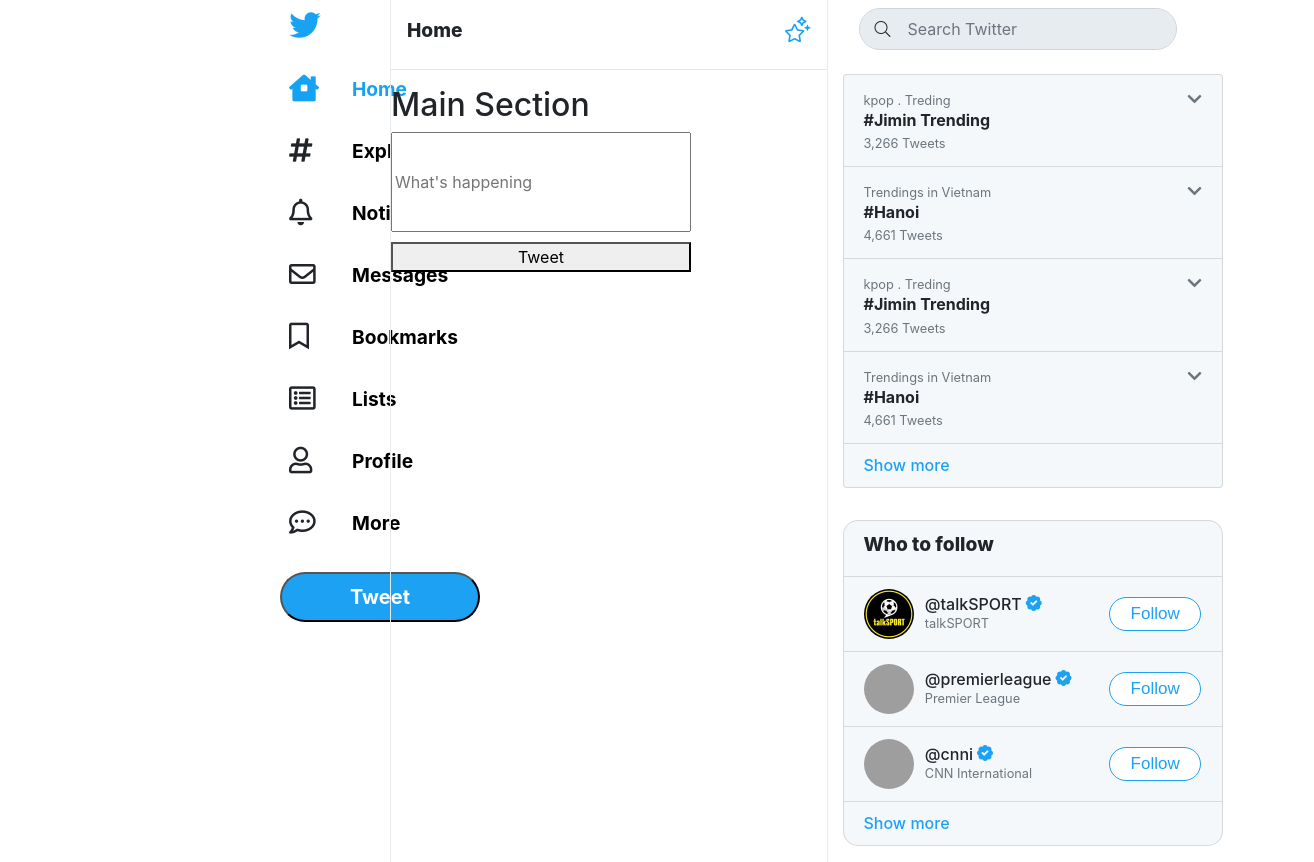
Repository: tts2610/Twitter-clone
Page: index.html
An editor plug-in stored every save of this project. The page is shown before and after the next save, followed by the edit.
The browser window is 1280 px wide. The page is 1280 px wide, then 1314 px, so the pictures cover 1314 px, including what lies to the right of the window. The pictures show the whole page.
Pictures or frames that could not be fetched are drawn as grey boxes.

Above is the page before, as saved 2020-05-23 15:25:47.

### index.html
<!DOCTYPE html>
<html lang="en">

<head>
    <meta charset="UTF-8">
    <!-- <meta name="viewport" content="width=device-width, initial-scale=1.0"> -->
    <title>Document</title>
    <link rel="stylesheet" href="css/style.css">
    <!-- Latest compiled and minified CSS -->
    <link rel="stylesheet" href="https://maxcdn.bootstrapcdn.com/bootstrap/4.5.0/css/bootstrap.min.css">

    <!-- jQuery library -->
    <script src="https://ajax.googleapis.com/ajax/libs/jquery/3.5.1/jquery.min.js"></script>

    <!-- Popper JS -->
    <script src="https://cdnjs.cloudflare.com/ajax/libs/popper.js/1.16.0/umd/popper.min.js"></script>

    <!-- Latest compiled JavaScript -->
    <script src="https://maxcdn.bootstrapcdn.com/bootstrap/4.5.0/js/bootstrap.min.js"></script>

    <!-- <link rel="stylesheet" crossorigin="anonymous" href="https://use.fontawesome.com/releases/v5.6.3/css/all.css" integrity="sha384-UHRtZLI+pbxtHCWp1t77Bi1L4ZtiqrqD80Kn4Z8NTSRyMA2Fd33n5dQ8lWUE00s/" /> -->
    <link rel="stylesheet" href="css/all.css">

</head>


<body>
    <div class="container">
        <div class="row">
            <div class="col-2">
                <div class="row">
                    <div class="col"><img src="/img/twt-logo1.png" alt="twitter-logo" width="50" height="50"></div>
                </div>
                <div class="row my-3">
                    <div id="outerMenuContainer" style="color: #16a2f2;">
                        <div class="col-2 mr-4 py-2 px-4" style="font-size: 20px;"><i class="fas fa-house fa-lg"></i></div>
                        <div class="col-10 py-2" style="margin-right: 0px;padding-right: 0px;font-weight: 700;font-size: larger;"> <a href="#Home" style="color: #16a2f2;">Home</a></div>
                    </div>

                </div>
                <div class="row my-3">
                    <div id="outerMenuContainer">
                        <div class="col-2 mr-4 py-2 px-4" style="font-size: 20px;"><i class="fas fa-hashtag fa-lg"></i></div>
                        <div class="col-10" style="margin-right: 0px;padding-right: 0px;font-weight: 700;font-size: larger;"><a href="#services">Explore</a></div>

                    </div>
                </div>
                <div class="row my-3">
                    <div id="outerMenuContainer">
                        <div class="col-2 mr-4 py-2 px-4" style="font-size: 20px;"><i class="far fa-bell fa-lg"></i></div>
                        <div class="col-10" style="margin-right: 0px;padding-right: 0px;font-weight: 700;font-size: larger;"><a href="#clients">Notifications</a></div>

                    </div>
                </div>
                <div class="row my-3">
                    <div id="outerMenuContainer">
                        <div class="col-2 mr-4 py-2 px-4" style="font-size: 20px;"><i class="far fa-envelope fa-lg"></i></div>
                        <div class="col-10" style="margin-right: 0px;padding-right: 0px;font-weight: 700;font-size: larger;"><a href="#contact">Messages</a></div>
                    </div>
                </div>
                <div class="row my-3">
                    <div id="outerMenuContainer">
                        <div class="col-2 mr-4 py-2 px-4" style="font-size: 20px;"><i class="far fa-bookmark fa-lg"></i></div>
                        <div class="col-10" style="margin-right: 0px;padding-right: 0px;font-weight: 700;font-size: larger;"><a href="#clients">Bookmarks</a></div>
                    </div>
                </div>
                <div class="row my-3">
                    <div id="outerMenuContainer">
                        <div class="col-2 mr-4 py-2 px-4" style="font-size: 20px;"><i class="far fa-list-alt fa-lg"></i></div>
                        <div class="col-10" style="margin-right: 0px;padding-right: 0px;font-weight: 700;font-size: larger;"><a href="#contact">Lists</a></div>
                    </div>
                </div>
                <div class="row my-3">
                    <div id="outerMenuContainer">
                        <div class="col-2 mr-4 py-2 px-4" style="font-size: 20px;"><i class="far fa-user fa-lg"></i></div>
                        <div class="col-10" style="margin-right: 0px;padding-right: 0px;font-weight: 700;font-size: larger;"><a href="#clients">Profile</a></div>
                    </div>
                </div>
                <div class="row my-3">
                    <div id="outerMenuContainer">
                        <div class="col-2 mr-4 py-2 px-4" style="font-size: 20px;"><i class="far fa-comment-dots fa-lg"></i></div>
                        <div class="col-10" style="margin-right: 0px;padding-right: 0px;font-weight: 700;font-size: larger;"><a href="#contact">More</a></div>
                    </div>
                </div>
                <div class="row my-3">
                    <div class="col"><button class="tweetbtn" href="#">Tweet</button></div>
                </div>
            </div>

            <div class="col-7" style="border-right: #e6ecf0 solid 1px; border-left: #e6ecf0 solid 1px; padding-left: 0px; padding-right: 0px;">
                <nav class="navbar sticky-top navbar-light my-2" id="leftNav">
                    <span>Home</span>
                    <span style="color: #16a2f2;"><i class="fal fa-stars fa-lg"></i></span>
                </nav>
                <hr/>
                <div>
                    <h2>Main Section</h2>
                    <input type="text" id="tweetArea" placeholder="What's happening">
                    <button id="tweetBtn" onclick="post()">Tweet</button>
                    <span id="remain"></span>
                    <div id="content" class="mt-5">
                    </div>



                </div>
            </div>

            <div class="col-3">
                <nav class="navbar sticky-top navbar-light" id="rightNav">
                    <span style="position: absolute;z-index: 100;"><i class="fal fa-search ml-3"></i></span>
                    <div><input class="form-control mr-sm-2 pl-5" type="search" placeholder="Search Twitter" aria-label="Search" id="search"></div>
                </nav>
                <div id="trendings" class="py-3">
                    <ul class="list-group mb-3">
                        <!-- <li class="list-group-item d-flex justify-content-between lh-condensed header" style="border-radius: 15px 15px 0px 0px;" id="trendingHeader">
                            <div>
                                <div class="trends-header">Trends for you</div>
                            </div>
                            <span class="text-muted"><i class="fal fa-cog" style="COLOR: rgba(29,161,242,1.00); font-size: larger;"></i></span>
                        </li> -->
                        <li class="list-group-item d-flex justify-content-between lh-condensed content" id="trending1">
                            <div>
                                <small class="text-muted">Trendings in Vietnam</small>
                                <h6 class="my-0 hashtag">#Hanoi</h6>
                                <small class="text-muted">4,661 Tweets</small>
                            </div>
                            <span class="text-muted"><i class="fas fa-chevron-down"></i></span>
                        </li>
                        <li class="list-group-item d-flex justify-content-between lh-condensed content" id="trending2">
                            <div>
                                <small class="text-muted">kpop . Treding</small>
                                <h6 class="my-0 hashtag">#Jimin Trending</h6>
                                <small class="text-muted">3,266 Tweets</small>
                            </div>
                            <span class="text-muted"><i class="fas fa-chevron-down"></i></span>
                        </li>
                        <li class="list-group-item d-flex justify-content-between lh-condensed content" id="trending3">
                            <div>
                                <small class="text-muted">Trendings in Vietnam</small>
                                <h6 class="my-0 hashtag">#Hanoi</h6>
                                <small class="text-muted">4,661 Tweets</small>
                            </div>
                            <span class="text-muted"><i class="fas fa-chevron-down"></i></span>
                        </li>
                        <li class="list-group-item d-flex justify-content-between lh-condensed content" id="trending4">
                            <div>
                                <small class="text-muted">kpop . Treding</small>
                                <h6 class="my-0 hashtag">#Jimin Trending</h6>
                                <small class="text-muted">3,266 Tweets</small>
                            </div>
                            <span class="text-muted"><i class="fas fa-chevron-down"></i></span>
                        </li>
                        <li class="list-group-item d-flex justify-content-between lh-condensed content" style="border-radius: 0px 0px 15px 15px">
                            <div>
                                <h6 class="my-0"><a href="#" style="COLOR: rgba(29,161,242,1.00); text-decoration: none;">Show more</a></h6>
                            </div>
                        </li>
                    </ul>
                </div>

                <div id="whoToFollow" class="">
                    <ul class="list-group mb-3">
                        <li class="list-group-item d-flex justify-content-between lh-condensed" style="border-radius: 15px 15px 0px 0px;">
                            <div>
                                <h5 class="whoToFollow-header">Who to follow</h5>
                            </div>
                        </li>
                        <li class="list-group-item content">
                            <div class="row">
                                <div class="col-2">
                                    <img src="img/profileImages/talkSport.jpg" id="moreToFollowImg" alt="Avatar">
                                </div>
                                <div class="col-6">
                                    <div style="display: flex;">
                                        <h6 class="my-0 hashtag">@talkSPORT</h6>
                                        <i class="ml-1 fas fa-badge-check"></i>
                                    </div>

                                    <small class="text-muted">talkSPORT</small>

                                </div>
                                <div class="col-4">
                                    <a href="#" class="followBtn">Follow</a>
                                </div>
                            </div>
                        </li>
                        <li class="list-group-item content">
                            <div class="row">
                                <div class="col-2">
                                    <img src="https://d3pc1xvrcw35tl.cloudfront.net/ln/feedImages/643x481/bwpUoL-J_400x400_ckOpi7f_4RVQqqi_ZPjpFJN_cnPYP1e_202004.jpg" id="moreToFollowImg" alt="Avatar">
                                </div>
                                <div class="col-6">
                                    <div style="display: flex;">
                                        <h6 class="my-0 hashtag">@premierleague</h6>
                                        <i class="ml-1 fas fa-badge-check"></i>
                                    </div>

                                    <small class="text-muted">Premier League</small>

                                </div>
                                <div class="col-4">
                                    <a href="#" class="followBtn">Follow</a>
                                </div>
                            </div>
                        </li>
                        <li class="list-group-item content">
                            <div class="row">
                                <div class="col-2">
                                    <img src="https://upload.wikimedia.org/wikipedia/commons/thumb/6/66/CNN_International_logo.svg/1200px-CNN_International_logo.svg.png" id="moreToFollowImg" alt="Avatar">
                                </div>
                                <div class="col-6">
                                    <div style="display: flex;">
                                        <h6 class="my-0 hashtag">@cnni</h6>
                                        <i class="ml-1 fas fa-badge-check"></i>
                                    </div>

                                    <small class="text-muted">CNN International</small>

                                </div>
                                <div class="col-4">
                                    <a href="#" class="followBtn">Follow</a>
                                </div>
                            </div>
                        </li>
                        <li class="list-group-item d-flex justify-content-between lh-condensed content" style="border-radius: 0px 0px 15px 15px">
                            <div>
                                <h6 class="my-0"><a href="#" style="COLOR: rgba(29,161,242,1.00); text-decoration: none;">Show more</a></h6>
                            </div>
                        </li>
                    </ul>
                </div>
            </div>
        </div>

        <!-- <nav class="navbar sticky-top navbar-expand-lg navbar-light bg-light">
                <a class="navbar-brand" href="#">Navbar</a>
                <button class="navbar-toggler" type="button" data-toggle="collapse" data-target="#navbarSupportedContent" aria-controls="navbarSupportedContent" aria-expanded="false" aria-label="Toggle navigation">
                  <span class="navbar-toggler-icon"></span>
                </button>

                <div class="collapse navbar-collapse" id="navbarSupportedContent">
                    <ul class="navbar-nav mr-auto">
                    </ul>
                    <form class="form-inline my-2 my-lg-0">
                        <input class="form-control mr-sm-2" type="search" placeholder="Search" aria-label="Search">
                        <button class="btn btn-outline-success my-2 my-sm-0" type="submit">Search</button>
                    </form>
                </div>
            </nav> -->
        <!-- <div class="column2">

        </div>

        <div class="column3">

        </div> -->


        <!-- END COL-3 -->
    </div>

    <script src="js/script.js"></script>
    <script src="js/moment.js"></script>
</body>

</html>

### css/style.css
* {
    box-sizing: border-box;
}

body {
    font-family: “Helvetica Neue”, Helvetica, Arial, sans-serif;
}

body .container {
    max-width: calc(100vh);
    padding-left: 0px;
    padding-right: 0px;
}


/* .container {
    width: 60%;
} */

#leftNav {
    display: flex;
    justify-content: space-between;
    font-size: larger;
    font-weight: 800;
    background-color: white;
}

#rightNav {
    width: 100%;
    background-color: white;
}

#rightNav .input-group-prepend {
    background-color: white !important;
    color: white !important;
}

#search {
    border-radius: 30px;
    height: 10px;
    padding: 20px;
    position: relative;
    width: 318px;
    background-color: #e6ecf0;
}

.sidenav {
    height: 100%;
    position: fixed;
    z-index: 1;
    top: 0;
    left: 0;
    background-color: rgb(255, 255, 255);
    overflow-x: hidden;
    padding-top: 20px;
    border-right: 1px solid lightgrey;
}

.sidenav a {
    text-decoration: none;
    font-size: 25px;
    color: #000000;
    display: block;
    font-family: system-ui, -apple-system, BlinkMacSystemFont, "Segoe UI", Roboto, Ubuntu, "Helvetica Neue", sans-serif;
    ;
    margin: 5px;
    margin-bottom: 10px;
}

.sidenav a:hover {
    color: #16afdd;
}

.main {
    margin-left: 160px;
    /* Same as the width of the sidenav /
    font-size: 28px; / Increased text to enable scrolling */
    padding: 0px 10px;
}

@media screen and (max-height: 450px) {
    .sidenav {
        padding-top: 15px;
    }
    .sidenav a {
        font-size: 18px;
    }
}

.tweetbtn {
    height: 50px;
    width: 200px;
    border-radius: 40px;
    background-color: rgb(29, 161, 242);
    color: white;
    font-weight: bolder;
    font-size: 20px;
    cursor: pointer;
    margin-left: 0px;
    margin-top: 10px;
}

.tweetbtn:hover {
    background-color: rgba(26, 145, 218);
}

.home {
    display: flex;
}

.explore {
    display: flex;
}

.notifications {
    display: flex;
}

.messages {
    display: flex;
}

.bookmarks {
    display: flex;
}

.lists {
    display: flex;
}

.profile {
    display: flex;
}

.more {
    display: flex;
}


/* Clear floats after the columns */

.row:after {
    content: "";
    display: table;
    clear: both;
}

tr {
    text-align: center;
}

#tweetArea {
    width: 300px;
    height: 100px
}

#tweetBtn {
    margin-top: 10px;
    width: 300px;
}

#trendings {
    min-width: 380px;
}

#trendings .list-group-item {
    background-color: #f5f8fa;
}

#trendings .content {
    cursor: pointer;
}

#trendings .trends-header {
    font-weight: 800;
    font-size: larger;
}

#trendings .content:hover {
    filter: brightness(97%)
}

#trendings ul li .hashtag {
    font-weight: 700;
}

#moreToFollowImg {
    border-radius: 50%;
    width: 50px;
    height: 50px;
}

.fa-badge-check {
    color: rgba(29, 161, 242, 1.00);
}

.followBtn {
    -webkit-border-radius: 20px;
    -moz-border-radius: 20px;
    border-radius: 25px;
    color: #1DA1F2;
    font-family: Arial;
    font-size: 17px;
    font-weight: 200;
    padding: 3px;
    background-color: #FFFFFF;
    border: solid #1DA1F2 1px;
    text-decoration: none;
    /* display: inline-block; */
    cursor: pointer;
    text-align: center;
}

.followBtn:hover {
    color: #1DA1F2;
    background: #CFE7F6;
    border-radius: 25px;
    text-decoration: none;
    opacity: 0.7;
}

#whoToFollow {
    min-width: 380px;
}

#whoToFollow .list-group-item {
    background-color: #f5f8fa;
}

#whoToFollow .content {
    cursor: pointer;
}

#whoToFollow .content:hover {
    filter: brightness(97%)
}

#whoToFollow .row .col-6 {
    display: flex;
    flex-direction: column;
    justify-content: center;
}

#whoToFollow .row .col-6 .hashtag {
    text-overflow: ellipsis;
    white-space: nowrap;
    overflow: hidden;
}

#whoToFollow .row .col-4 {
    display: flex;
    flex-direction: column;
    justify-content: center;
}

#whoToFollow .whoToFollow-header {
    font-weight: 800;
    font-size: larger;
}

h6 {
    font-weight: 700;
}

#content .functionBar {
    display: flex;
    justify-content: space-between;
}

#content .row {
    padding: 30px;
    border: 1px solid lightgrey;
}

#content .row div {
    margin-top: 4px;
}

#outerMenuContainer {
    display: flex;
    flex-direction: row;
    align-items: center;
    width: max-content;
}

#outerMenuContainer:hover {
    color: #1DA1F2 !important;
    background: #CFE7F6;
    border-radius: 25px;
    text-decoration: none;
    opacity: 0.7;
    /* padding: 5px 0px 5px 3px;
    width: max-content; */
}

#outerMenuContainer:hover a {
    color: #1DA1F2 !important;
}

#outerMenuContainer a {
    text-decoration: none;
    color: black;
}

Loaded but not shown: css/all.css (library); js/moment.js (library); js/script.js (178 lines, source omitted)

After the next save:
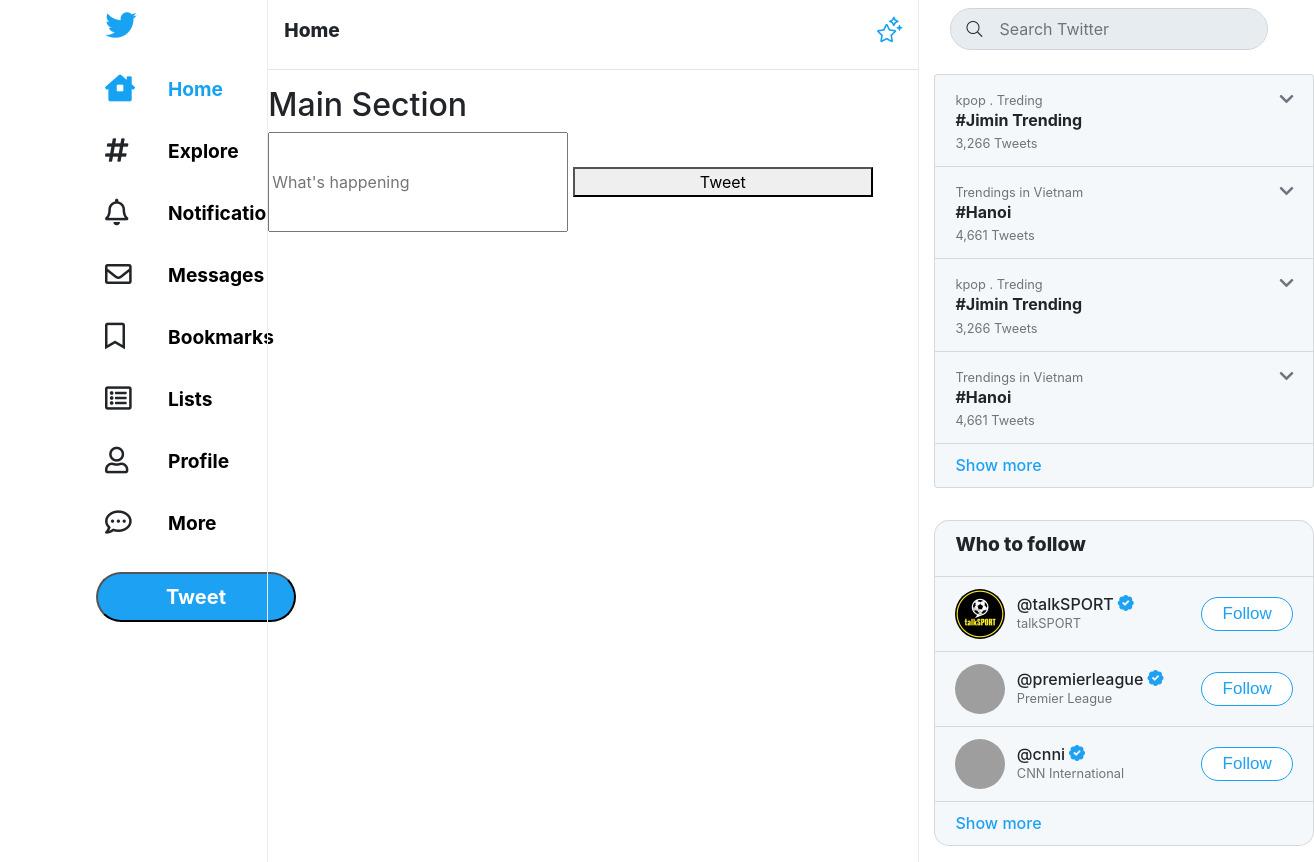
Saved 12 s later.
--- a/css/style.css
+++ b/css/style.css
@@ -7,7 +7,7 @@
 }
 
 body .container {
-    max-width: calc(100vh);
+    max-width: 85%;
     padding-left: 0px;
     padding-right: 0px;
 }
